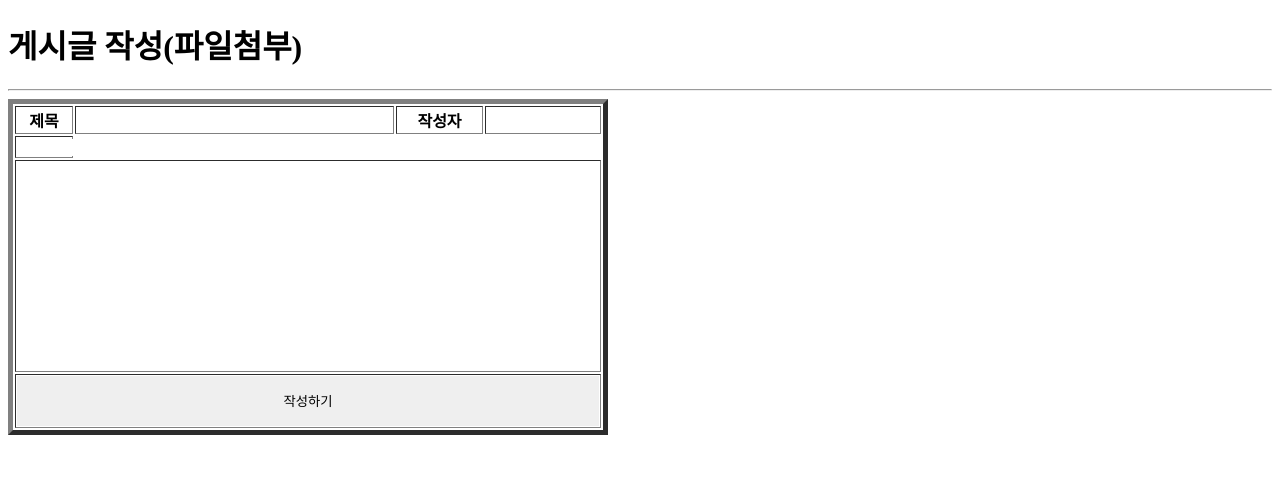
Repository: bbookk1104/spring-workspace
Page: http://localhost/02_SpringMVC_CRUD/boardWriteFrm2.do
An editor plug-in stored every save of this project. The page is shown before and after the next save, followed by the edit.
The browser window is 1280 px wide. The pictures show the whole page.
The page is served by Tomcat 9. Other server files are loaded and not shown.

Above is the page before, as saved 2022-10-04 06:49:24.

### 02_SpringMVC_CRUD/src/main/webapp/WEB-INF/views/board/boardWriteFrm2.jsp
<%@ page language="java" contentType="text/html; charset=UTF-8"
    pageEncoding="UTF-8"%>
<!DOCTYPE html>
<html>
<head>
<meta charset="UTF-8">
<title>Insert title here</title>
<style>
	input:focus, textarea:focus{
		outline:0;
	}
</style>
</head>
<body>
	<h1>게시글 작성(파일첨부)</h1>
	<hr>
	<form action="/boardWrite.do" method="post">
		<table style="width:600px" border=5>
			<tr>
				<th style="width:10%">제목</th>
				<td style="width:55%">
					<input type="text" name="boardTitle" style="border:0; width:98.5%;">
				</td>
				<th style="width:15%">작성자</th>
				<td style="width:20%">
					<input type="text" name="boardWriter" value="${memberId }" style="border:0; width:97%;" readonly>
				</td>
			</tr>
			<tr>
				<td><input type="text" name="file" style="border:0; width:98.5%;"></td>
			</tr>
			<tr>
				<td colspan="4">
					<textarea name="boardContent" style="border:0; width:99.5%; resize:none; height:200px"></textarea>
				</td>
			</tr>
			<tr>
				<td colspan="4">
					<input type="submit" value="작성하기" style="border:0; width:100%; height:50px">
				</td>
			</tr>
		</table>
	</form>
</body>
</html>

After the next save:
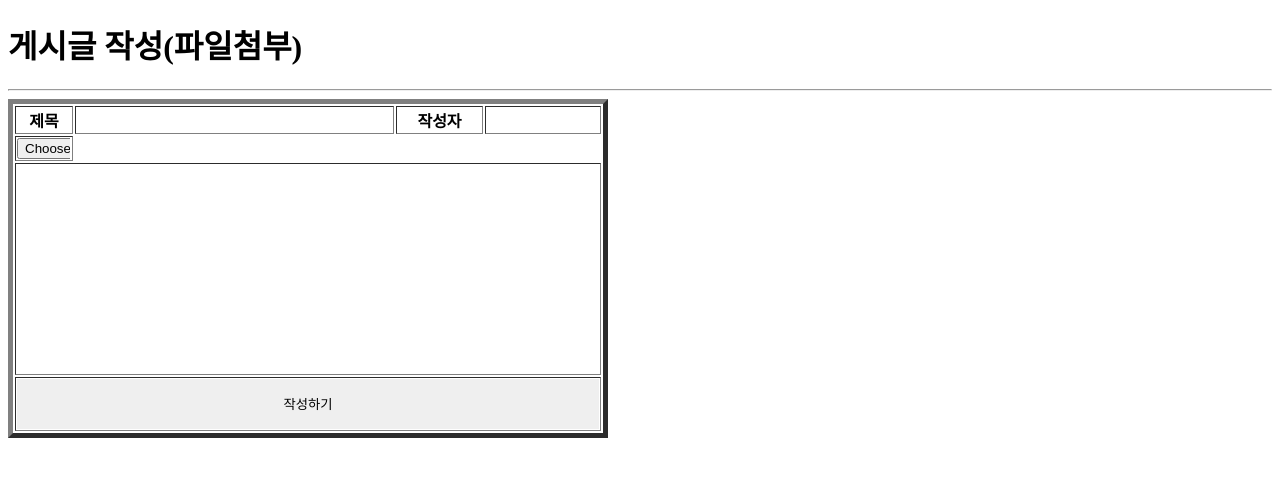
Saved 12 s later.
--- a/02_SpringMVC_CRUD/src/main/webapp/WEB-INF/views/board/boardWriteFrm2.jsp
+++ b/02_SpringMVC_CRUD/src/main/webapp/WEB-INF/views/board/boardWriteFrm2.jsp
@@ -27,7 +27,7 @@
 				</td>
 			</tr>
 			<tr>
-				<td><input type="text" name="file" style="border:0; width:98.5%;"></td>
+				<td><input type="file" name="boardFile" style="border:0; width:98.5%;"></td>
 			</tr>
 			<tr>
 				<td colspan="4">
